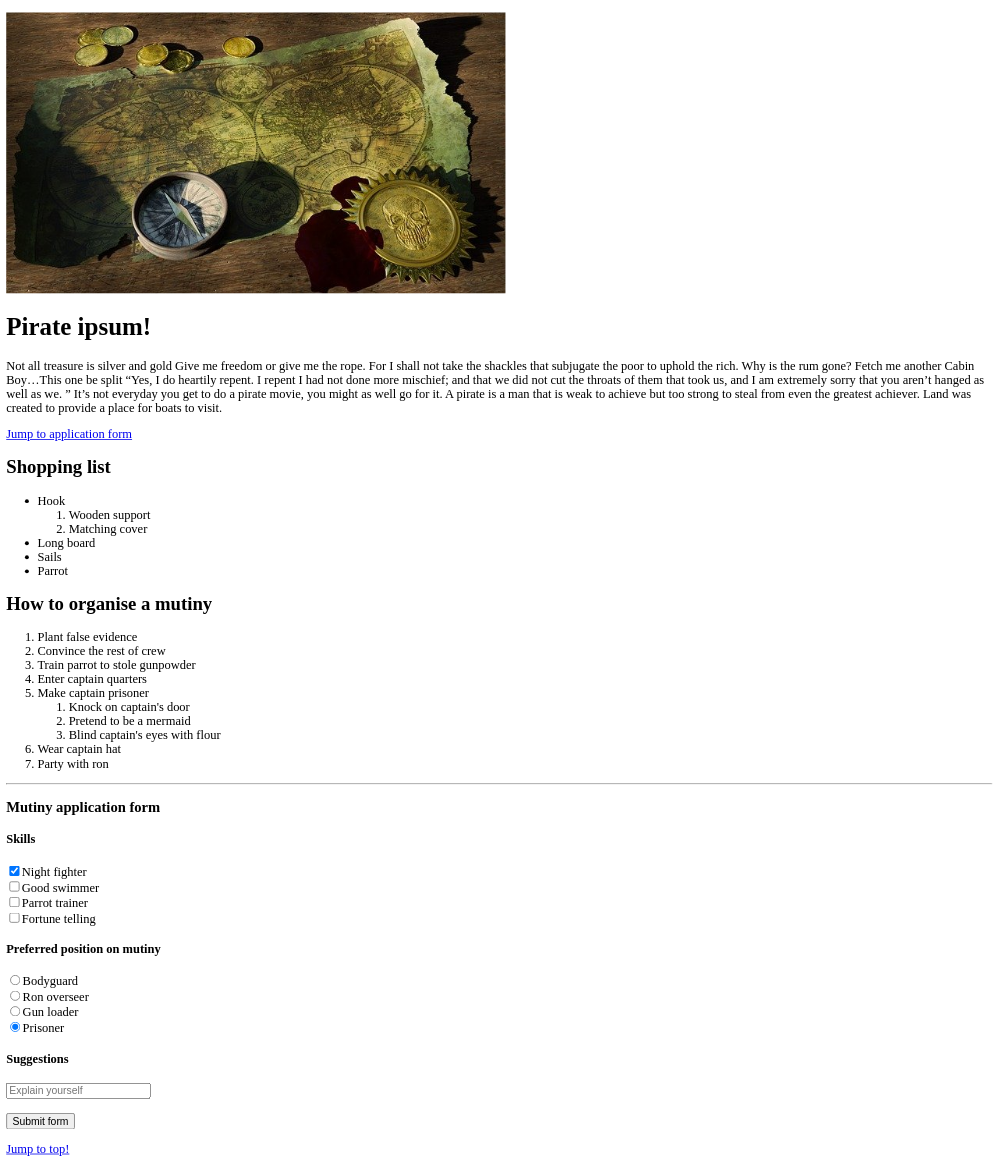
Repository: Colo-Codes/code-practice
Page: 01-html-practice-1.html
An editor plug-in stored every save of this project. The page is shown before and after the next save, followed by the edit.
The browser window is 1280 px wide. The pictures show the whole page, at 78% of full size.

Above is the page before, as saved 2021-04-22 14:06:46.

After the next save:
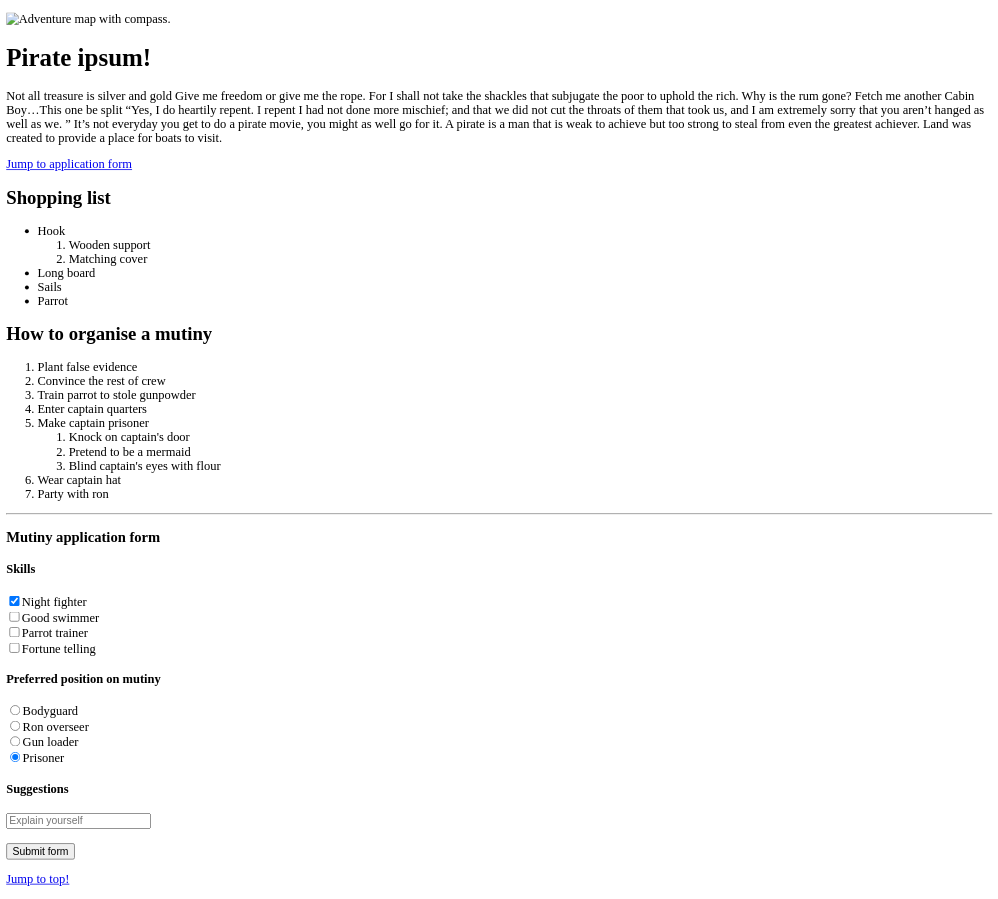
Saved 14 s later.
--- a/01-html-practice-1.html
+++ b/01-html-practice-1.html
@@ -9,7 +9,7 @@
 <body>
     <p>
         <!-- Free image from the Internet -->
-        <img src="assets/img/adventure-2528477_640.jpg" >
+        <img  alt="Adventure map with compass.">
     </p>
     <h1 id="top">Pirate ipsum!</h1>
     <p>Not all treasure is silver and gold Give me freedom or give me the rope. For I shall not take the shackles that

After the save that followed:
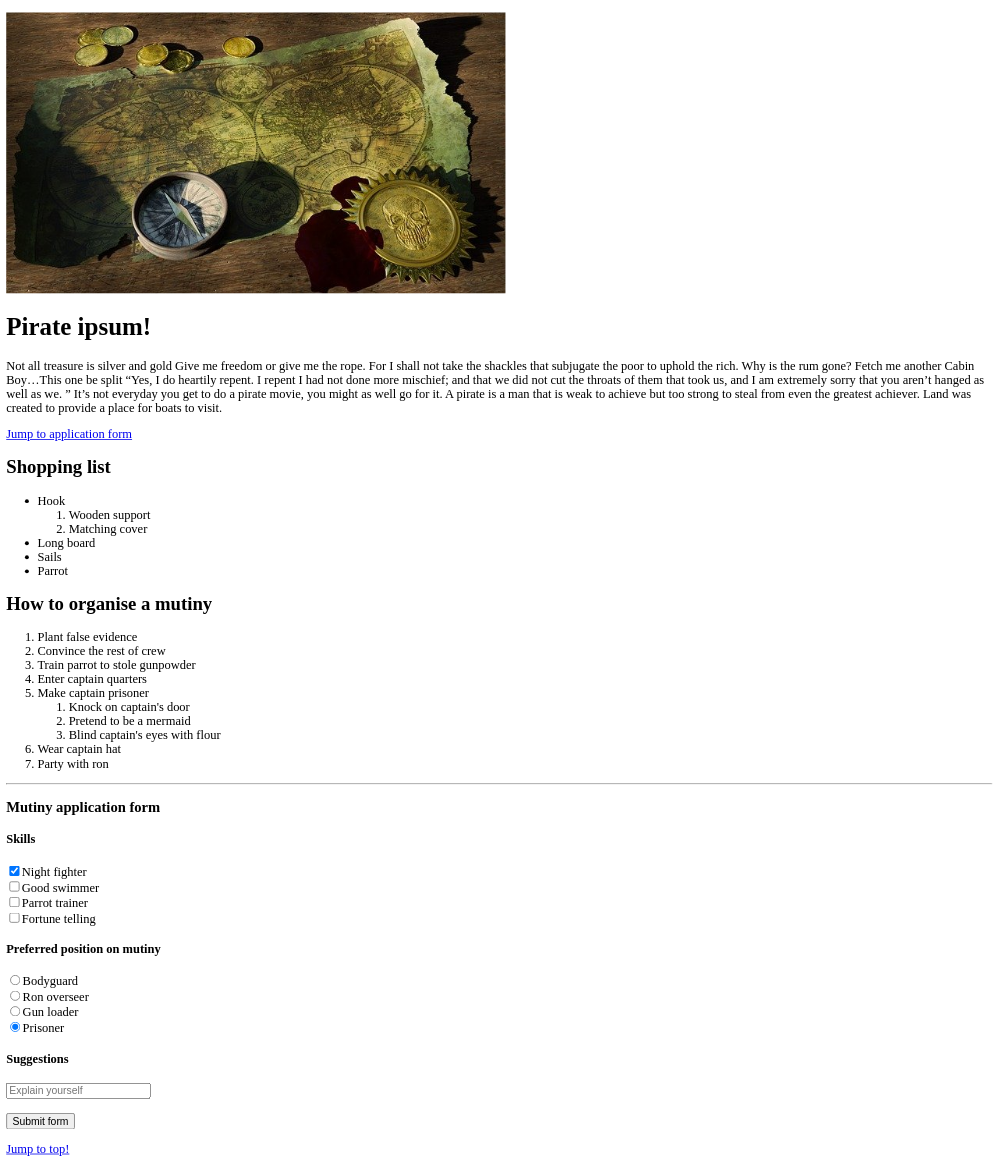
Saved 17 s later.
--- a/01-html-practice-1.html
+++ b/01-html-practice-1.html
@@ -9,7 +9,7 @@
 <body>
     <p>
         <!-- Free image from the Internet -->
-        <img  alt="Adventure map with compass.">
+        <img src="assets/img/adventure-2528477_640.jpg" alt="Adventure map with compass.">
     </p>
     <h1 id="top">Pirate ipsum!</h1>
     <p>Not all treasure is silver and gold Give me freedom or give me the rope. For I shall not take the shackles that
